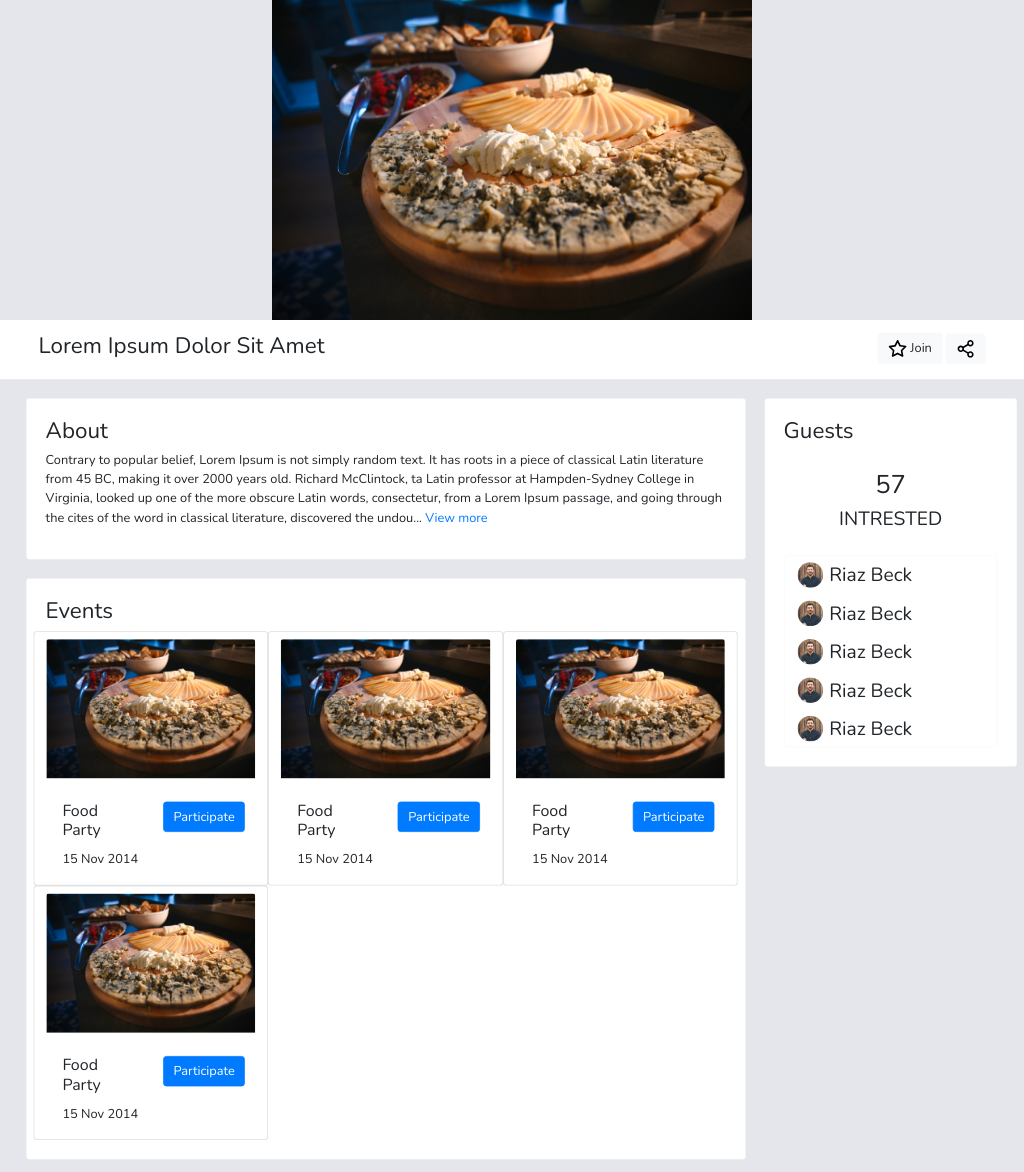
Repository: iamrachid/ensaevents
Page: club.html
The author's editor kept a copy of each file at every save. The page is drawn from the files as they stood at one save, then again after the next save.
The browser window is 1280 px wide. The pictures show the whole page, at 80% of full size.

Above is the page before, as saved 2021-11-25 19:25:40.

After the next save:
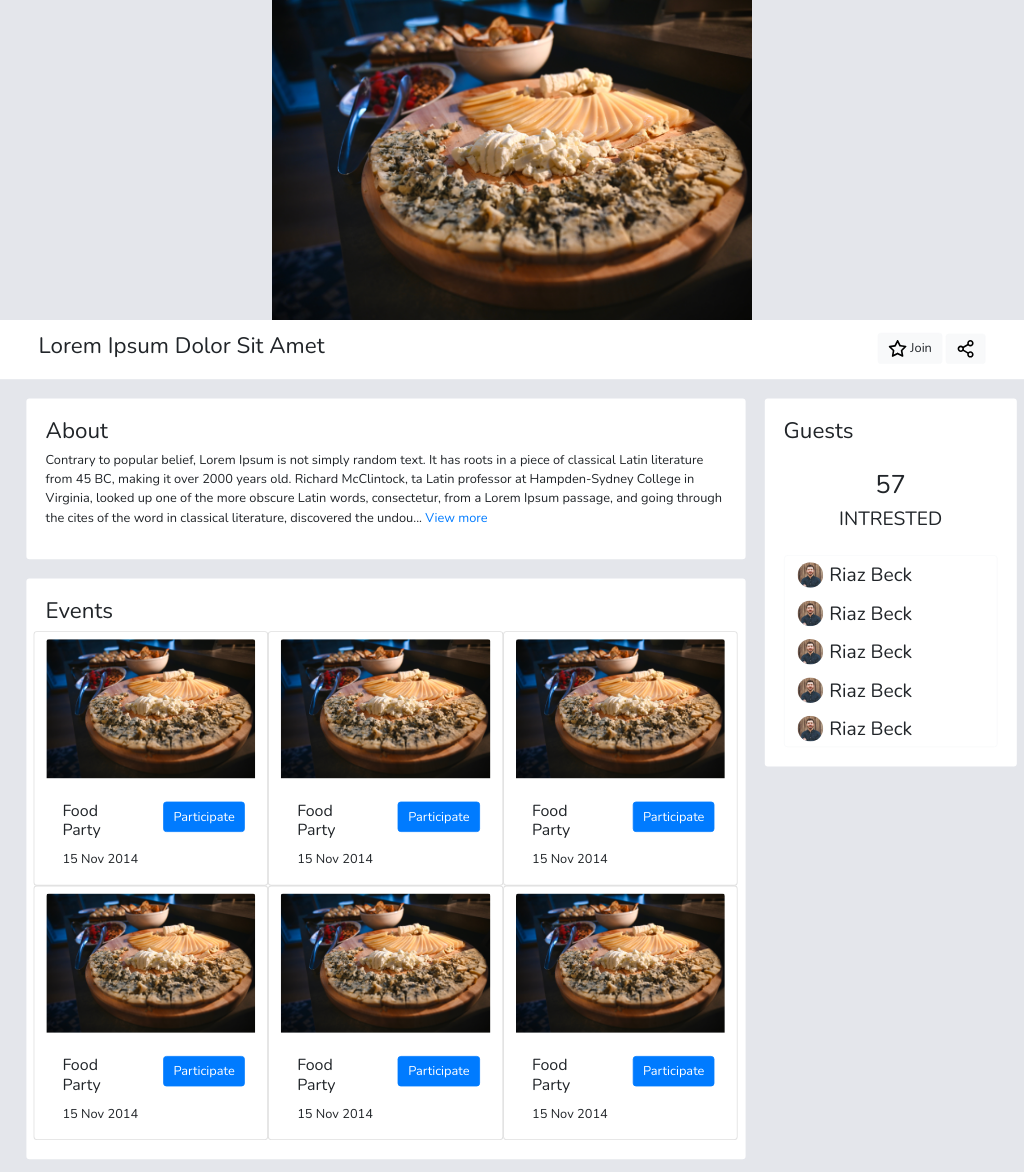
Saved 4 s later.
--- a/club.html
+++ b/club.html
@@ -163,6 +163,34 @@
                                 </div>
                             </div>
                         </div>
+                        <div class="card rounded col-12 col-sm-6 col-md-4">
+                            <div class="card-img-box">
+                                <img class="card-img-top" src="assets/img/card-1.jpg" alt="Card image cap">
+                            </div>
+                            <div class="card-body row">
+                                <div class="col-6">
+                                    <h5 class="card-title">Food Party</h5>
+                                    <p class="card-text">15 Nov 2014</p>
+                                </div>
+                                <div class="col-6 text-right">
+                                    <a href="#" class="btn btn-primary">Participate</a>
+                                </div>
+                            </div>
+                        </div>
+                        <div class="card rounded col-12 col-sm-6 col-md-4">
+                            <div class="card-img-box">
+                                <img class="card-img-top" src="assets/img/card-1.jpg" alt="Card image cap">
+                            </div>
+                            <div class="card-body row">
+                                <div class="col-6">
+                                    <h5 class="card-title">Food Party</h5>
+                                    <p class="card-text">15 Nov 2014</p>
+                                </div>
+                                <div class="col-6 text-right">
+                                    <a href="#" class="btn btn-primary">Participate</a>
+                                </div>
+                            </div>
+                        </div>
 
                     </div>
                 </div>
